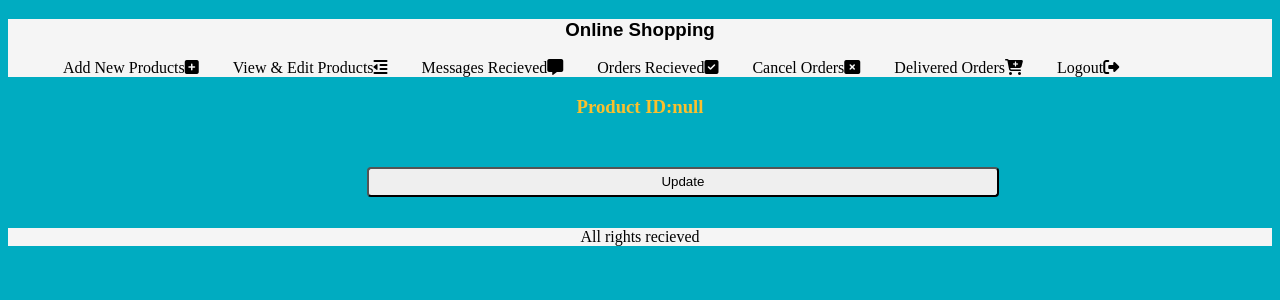
Repository: NidhiDaniel/E-Cart
Page: http://localhost/Online-Shopping-Cart/admin/edit-product.jsp
The author's editor kept a copy of each file at every save. The page is drawn from the files as they stood at one save, then again after a run of saves.
The browser window is 1280 px wide. The pictures show the whole page.
Some web libraries are served in a nearby version. The page is served by Tomcat 9. Queries for data that is not in the repository find no rows.

Above is the page before, as saved 2024-01-06 05:55:58.

### Online-Shopping-Cart/src/main/webapp/admin/edit-product.jsp
<%@page import="com.db.connection.DAOConnection"%>
<%@page import="java.sql.*"%>
<%@ page language="java" contentType="text/html; charset=ISO-8859-1"
	pageEncoding="ISO-8859-1"%>
<%@include file="adminheader.jsp"%>
<!DOCTYPE html>
<html>
<head>
<meta charset="ISO-8859-1">
<title>Edit Product</title>
<link rel="stylesheet" type="text/css" href="../css/admin-product.css">
</head>
<body>
	<div class="product-container">
		<%
		String msg = request.getParameter("msg");
		if ("success".equals(msg)) {
		%>
		<p class='success-msg'>Product Updated Successfully</p>
		<%
		}
		if ("invalid".equals(msg)) {
		%>
		<p class='failure-msg'>Error Occured Check Again..!</p>
		<%
		}
		%>


		<div class="product-form">
			<%
			String id = request.getParameter("id");
			%>
			<h3>
				Product ID:<%
			out.print(id);
			%>
			</h3>
			<form action="update-product-action.jsp" method="post">
				<pre>
				<%
				id = request.getParameter("id");
				try {
					Connection con = DAOConnection.getConnection();
					Statement stmt = con.createStatement();
					ResultSet rs = stmt.executeQuery("select * from product where id=" + id);
					while (rs.next()) {%>
   						<label>Enter Name</label><br>
						<input type="text" name="name" placeholder="<%= rs.getString(2)%>">
						<label>Enter Category</label><br>
						<input type="text" name="category" placeholder="<%= rs.getString(3)%>">
						<label>Enter Price</label><br>
						<input type="text" name="price" placeholder="<%= rs.getString(4)%>">
						<label>Active</label><br>
					    <select name="active">
						<option selected><%= rs.getString(5)%></option>
						<option>No</option>
						<option>Yes</option>
					    </select><br>

					<%}
				} catch (Exception e) {
                   e.printStackTrace();
				}
				%>

			                      <input type="submit" value="Update">
			</pre>
			</form>
		</div>
	</div>
</body>
</html>
<%@include file="../footer.jsp"%>

### Online-Shopping-Cart/src/main/webapp/admin/adminheader.jsp
<%@ page language="java" contentType="text/html; charset=ISO-8859-1"
	pageEncoding="ISO-8859-1"%>
<!DOCTYPE html>
<html>
<head>
<meta charset="ISO-8859-1">
<title>Insert title here</title>
<link rel="stylesheet" type="text/css" href="../css/header.css">
<link rel="stylesheet" href="https://cdnjs.cloudflare.com/ajax/libs/font-awesome/4.7.0/css/font-awesome.min.css">
<script src='https://kit.fontawesome.com/a076d05399.js' crossorigin='anonymous'></script>
</head>
<body>
	<div class="header sticky">
	   <h3>Online Shopping</h3>
		<ul>
			<li><a href="addproduct.jsp"> Add New Products<i class="fa fa-plus-square"></i></a></li>
			<li><a href="product-view.jsp"> View & Edit Products<i class="fa fa-outdent"></i></a></li>
			<li><a href="#"> Messages Recieved<i class="fa fa-comment-alt"></i></a></li>
			<li><a href="#"> Orders Recieved<i class="fa fa-check-square"></i></a></li>
			<li><a href="#"> Cancel Orders<i class="fa fa-window-close"></i></a></li>
			<li><a href="#"> Delivered Orders<i class="fa fa-cart-plus"></i></a></li>
			<li><a href="#"> Logout<i class="fa fa-sign-out"></i></a></li>
		</ul>

	</div>
</body>
</html>

### Online-Shopping-Cart/src/main/webapp/footer.jsp
<%@ page language="java" contentType="text/html; charset=ISO-8859-1"
    pageEncoding="ISO-8859-1"%>
<!DOCTYPE html>
<html>
<head>
<meta charset="ISO-8859-1">
<title>Insert title here</title>
<link rel="stylesheet" type="text/css" href="../css/footer.css">
</head>
<body>
<div class="footer">
<p>All rights recieved</p>
</div>
</body>
</html>

### Online-Shopping-Cart/src/main/java/com/db/connection/DAOConnection.java
package com.db.connection;

import java.sql.Connection;
import java.sql.DriverManager;

import com.mysql.cj.jdbc.Driver;

public class DAOConnection {


public static Connection getConnection() {
	 Connection con=null;
	   try {
		DriverManager.registerDriver(new Driver());
        con=DriverManager.getConnection("jdbc:mysql://localhost:3306/online_cart","root","admin");
	} catch (Exception e) {
		e.printStackTrace();
	}
	return con;
   }
}

### Online-Shopping-Cart/src/main/webapp/css/header.css
@charset "ISO-8859-1";
body{
	background: #00ACC1;
}
.header{
	width: auto;
	height:auto;
	background: #f5f5f5;
}
.header ul li{
	list-style: none;
	display: inline-block;

}
.header h3{
	text-align: center;
	font-family: sans-serif;
	font-weight: 900;
}
.header ul li a{
	margin: 15px;
    text-decoration: none;
    color: black;
    font-weight: 500;
}

### Online-Shopping-Cart/src/main/webapp/css/admin-product.css
@charset "ISO-8859-1";
.product-container{
	width:100%;
}
.product-form h3{
	color:#FBC02D;
	text-align:center;
}
.product-form input,select{
	width:50%;
	height: 30px;
	border-radius:4px;
}
.success-msg{
	color:#FBC02D;
	text-align:center;
	font-size: 20px;
	font-weight: 600;
}
.failure-msg{
	color:#C62828;
	font-size: 20px;
	font-weight: 600;
}
.product-view-container {
	background: #f5f5f5;
}
.product-view-container table {
	width: -webkit-fill-available;
}

### Online-Shopping-Cart/src/main/webapp/css/footer.css
@charset "ISO-8859-1";
.footer{
	background: #f5f5f5;
}
.footer p{
text-align: center;
}

After the next 2 saves:
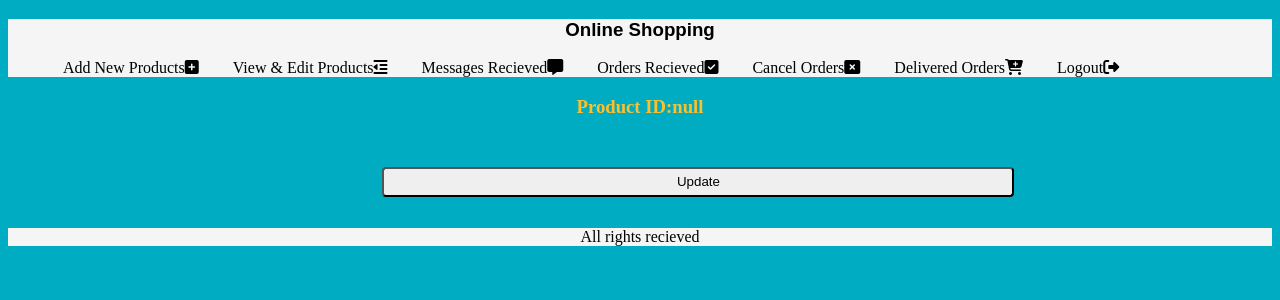
The 2 saves are shown as one change because they came seconds apart.
The last was saved 15 s later.
--- a/Online-Shopping-Cart/src/main/webapp/admin/edit-product.jsp
+++ b/Online-Shopping-Cart/src/main/webapp/admin/edit-product.jsp
@@ -52,11 +52,11 @@
 						<label>Enter Price</label><br>
 						<input type="text" name="price" placeholder="<%= rs.getString(4)%>">
 						<label>Active</label><br>
-					    <select name="active">
-						<option selected><%= rs.getString(5)%></option>
-						<option>No</option>
-						<option>Yes</option>
-					    </select><br>
+							    <select name="active">
+								<option selected><%= rs.getString(5)%></option>
+								<option>No</option>
+								<option>Yes</option>
+							    </select><br>
 
 					<%}
 				} catch (Exception e) {
@@ -64,7 +64,7 @@
 				}
 				%>
 
-			                      <input type="submit" value="Update">
+			                        <input type="submit" value="Update">
 			</pre>
 			</form>
 		</div>
